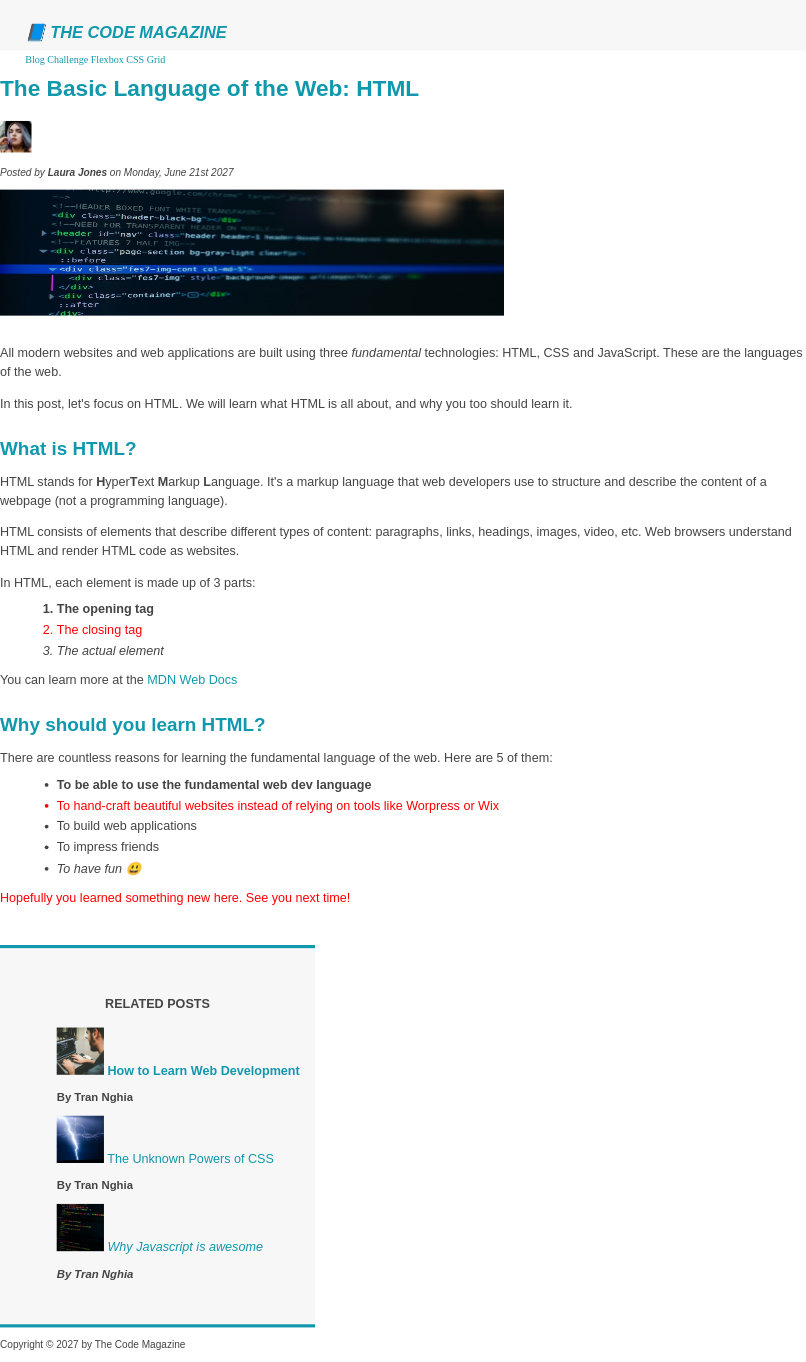
Repository: nghiakma/HTML-CSS-Fundamental
Page: HTML/index.html
The author's editor kept a copy of each file at every save. The page is drawn from the files as they stood at one save, then again after the next save.
The browser window is 1280 px wide. The pictures show the whole page, at 63% of full size.

Above is the page before, as saved 2023-08-20 21:23:18.

### HTML/index.html
<!DOCTYPE html>
<html lang="en">

<head>
  <meta charset="UTF-8">
  <meta name="viewport" content="width=device-width, initial-scale=1.0">
  <title>The Basic Language of the web: HTML</title>
  <link rel="stylesheet" href="/CSS/index.css">
</head>

<body>
  <header class="main-header">
    <h1>📘 The Code Magazine</h1>
    <nav>
      <a href="#">Blog</a>
      <a href="#">Challenge</a>
      <a href="#">Flexbox</a>
      <a href="#">CSS Grid</a>
    </nav>
  </header>

  <article>
    <header class="post-header">
      <h2>The Basic Language of the Web: HTML</h2>
      <img src="./laura-jones.jpg" alt="Headshot of Laura Jones" height="50" width="50">
      <p id="author">Posted by <strong>Laura Jones</strong> on Monday, June 21st 2027</p>
      <img class="post-img" src="./post-img.jpg" alt="HTML code on a screen" width="500" height="200">
    </header>
    <p>
      All modern websites and web applications are built using three <em>fundamental</em> technologies: HTML, CSS and
      JavaScript.
      These are the languages of the web.
    </p>
    <p>
      In this post, let's focus on HTML. We will learn what HTML is all about, and why you too should learn it.
    </p>
    <h3>What is HTML?</h3>
    <p>
      HTML stands for <strong>H</strong>yper<strong>T</strong>ext <strong>M</strong>arkup <strong>L</strong>anguage.
      It's
      a markup language that web developers use to structure and describe
      the content of a webpage (not a programming language).
    </p>
    <p>
      HTML consists of elements that describe different types of content: paragraphs, links, headings, images, video,
      etc.
      Web browsers understand HTML and render HTML code as websites.
    </p>
    <p>In HTML, each element is made up of 3 parts:</p>
    <ol>
      <li>The opening tag</li>
      <li>The closing tag</li>
      <li>The actual element</li>
    </ol>
    <p>You can learn more at the <a href="https://developer.mozilla.org/en-US/docs/Web/HTML" target="_blank">MDN Web
        Docs</a></p>
    <h3>Why should you learn HTML?</h3>
    <p>There are countless reasons for learning the fundamental language of the web. Here are 5 of them:</p>
    <ul>
      <li>To be able to use the fundamental web dev language</li>
      <li>To hand-craft beautiful websites instead of relying on tools like Worpress or Wix</li>
      <li>To build web applications</li>
      <li>To impress friends</li>
      <li>To have fun 😃</li>
    </ul>
    <p>Hopefully you learned something new here. See you next time!</p>
  </article>

  <!--Thuong duoc su dung de bo sung thong tin cho trang chinh
  Xác định nội dung nằm bên cạnh nội dung của trang-->
  <aside>
    <h4>Related posts</h4>

    <ul class="related">
      <li>
        <img src="./related-1.jpg" alt="Person programming" width="75" height="75">
        <a href="#">How to Learn Web Development</a>
        <p class="related-author">By Tran Nghia</p>
      </li>
      <li>
        <img src="./related-2.jpg" alt="Powers" width="75" height="75">
        <a href="#">The Unknown Powers of CSS</a>
        <p class="related-author">By Tran Nghia</p>
      </li>
      <li>
        <img src="./related-3.jpg" alt="Javascript" width="75" height="75">
        <a href="#">Why Javascript is awesome</a>
        <p class="related-author">By Tran Nghia</p>
      </li>
    </ul>
  </aside>

  <footer>
    <p id="copyright">Copyright &copy; 2027 by The Code Magazine</p>
  </footer>
</body>

</html>

### CSS/index.css
* {
  box-sizing: border-box;
}
body {
  margin: 0;
  padding: 0;
}
h1,
h2,
h3,
h4,
p,
li {
  font-family: sans-serif;
  color: #444;
}
h1,
h2,
h3 {
  color: #1098ad;
}
h1 {
  font-size: 26px;
  text-transform: uppercase;
  font-style: italic;
}
h2 {
  font-size: 36px;
  margin-bottom: 30px;
}
h3 {
  font-size: 30px;
  margin-bottom: 20px;
  margin-top: 40px;
}
h4 {
  font-size: 20px;
  text-transform: uppercase;
  text-align: center;
}
p {
  font-size: 20px;
  line-height: 1.5;
  margin-bottom: 15px;
}
ul,
ol {
  margin-left: 50px;
}
li {
  font-size: 20px;
  margin-bottom: 10px;
}
li:last-child {
  margin-bottom: 0;
}
/* footer p {
  font-size: 16px;
} */
/* article header p {
  font-style: italic;
} */

#author {
  font-style: italic;
  font-size: 16px;
}
#copyright {
  font-size: 16px;
}
.related-author {
  font-size: 18px;
  font-weight: bold;
}
.related {
  list-style: none;
}
.main-header {
  background-color: #f7f7f7;
  /* padding: 20px;
  padding-left: 20px;
  padding-right: 40px; */
  padding: 20px 40px;
  margin-bottom: 40px;
  height: 80px;
}
article {
  margin-bottom: 60px;
}
.post-header {
  margin-bottom: 40px;
}
.post-img {
  width: 800px;
}
aside {
  background-color: #f7f7f7;
  border-top: 5px solid #1098ad;
  border-bottom: 5px solid #1098ad;
  padding: 50px 0;
  width: 500px;
}
li:first-child {
  font-weight: bold;
}
li:last-child {
  font-style: italic;
}
li:nth-child(2) {
  color: red;
}
article p:last-child {
  color: red;
}
a:link {
  color: #1098ad;
  text-decoration: none;
}
a:visited {
  color: #1098ad;
}
a:hover {
  color: orangered;
  font-weight: bold;
  text-decoration: underline orangered;
}
a:active {
  background-color: black;
  font-style: italic;
}

After the next save:
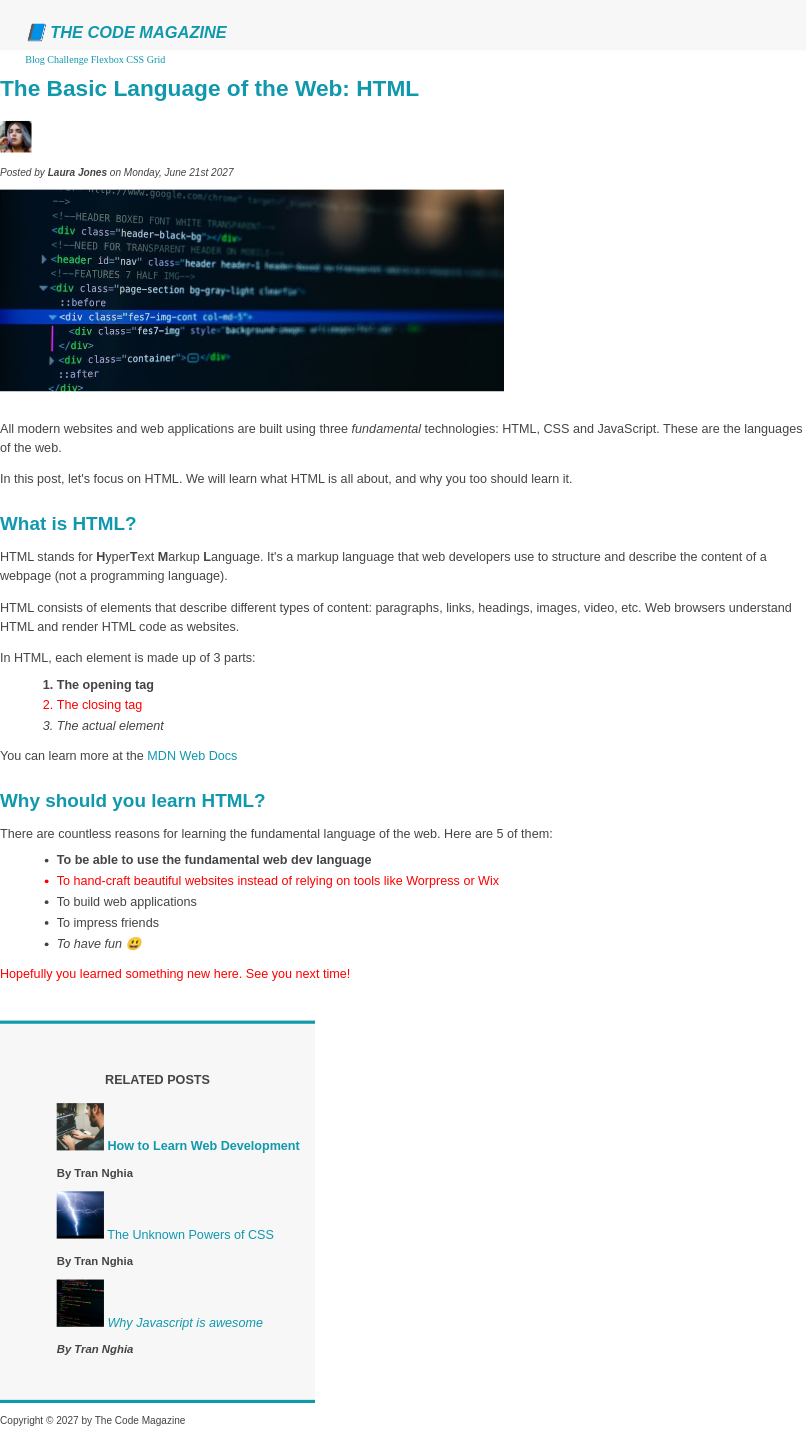
Saved 12 s later.
--- a/CSS/index.css
+++ b/CSS/index.css
@@ -92,6 +92,7 @@ article {
 }
 .post-img {
   width: 800px;
+  height: auto;
 }
 aside {
   background-color: #f7f7f7;
